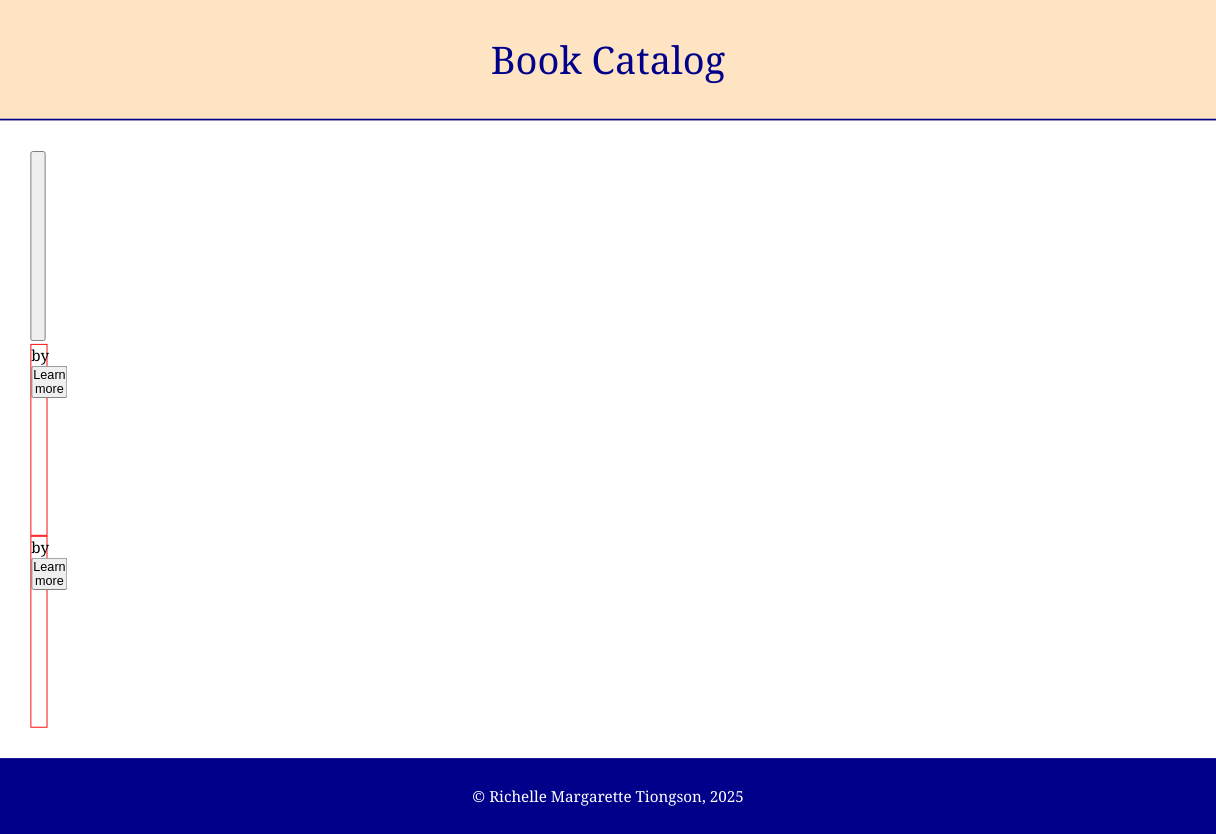
Repository: richelletiongson/comp3170_lab01
Page: /
An editor plug-in stored every save of this project. The page is shown before and after the next save, followed by the edit.
The browser window is 1280 px wide. The pictures show the whole page, at 95% of full size.
The project was rebuilt for these pictures with package versions that can differ from the ones it lists, and the page was loaded fresh each time. Also part of the build but not shown: vite.config.js.

Above is the page before, as saved 2025-09-14 00:00:17.

After the next save:
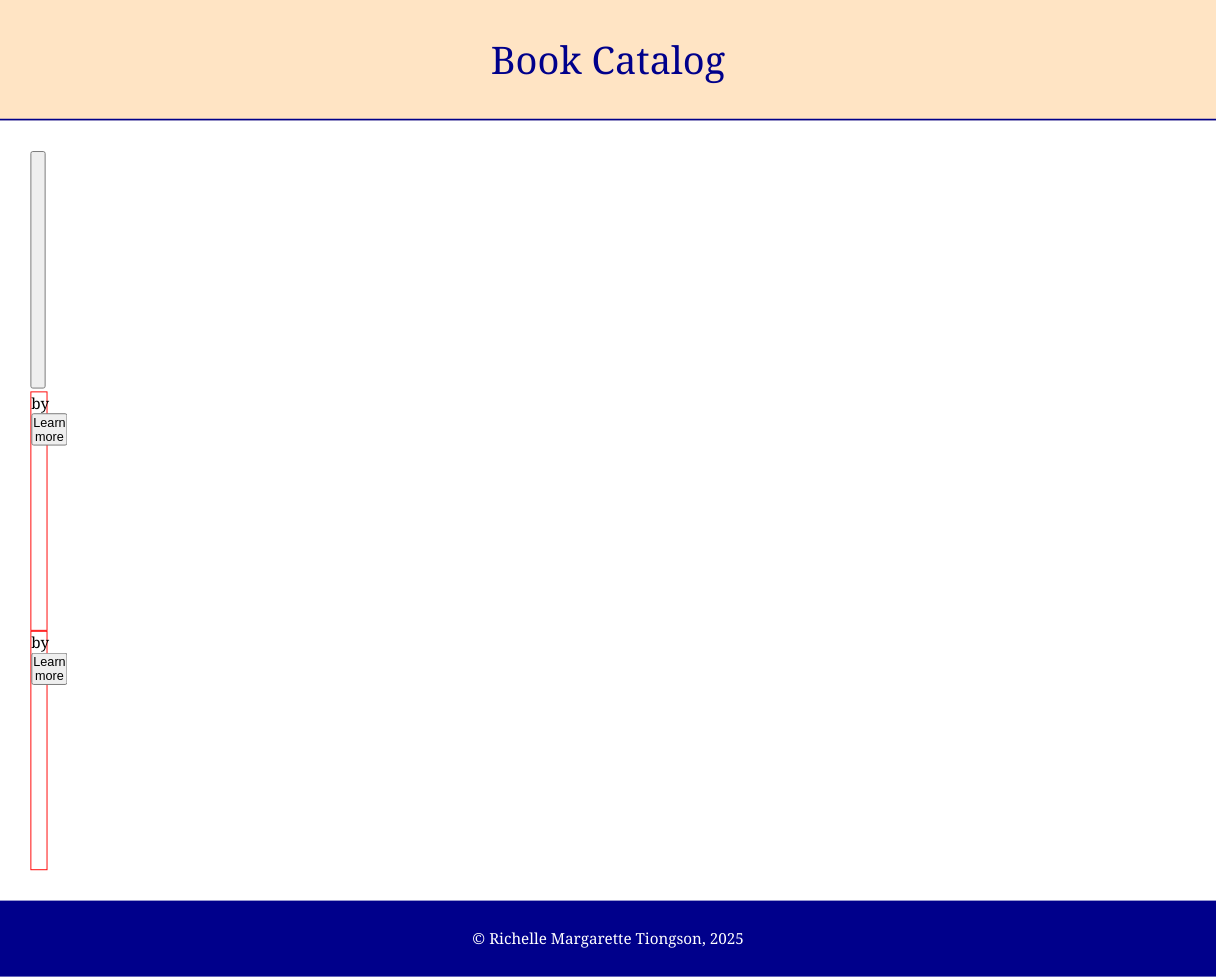
Saved 69 s later.
--- a/src/index.css
+++ b/src/index.css
@@ -35,12 +35,12 @@ body {
 
 .book {
   border: solid 1px red;
-  height:200px;
+  height:250px;
   width:1rem;
 }
 
 .new {
-  height:200px;
+  height:250px;
   width:1rem;
 }
 
